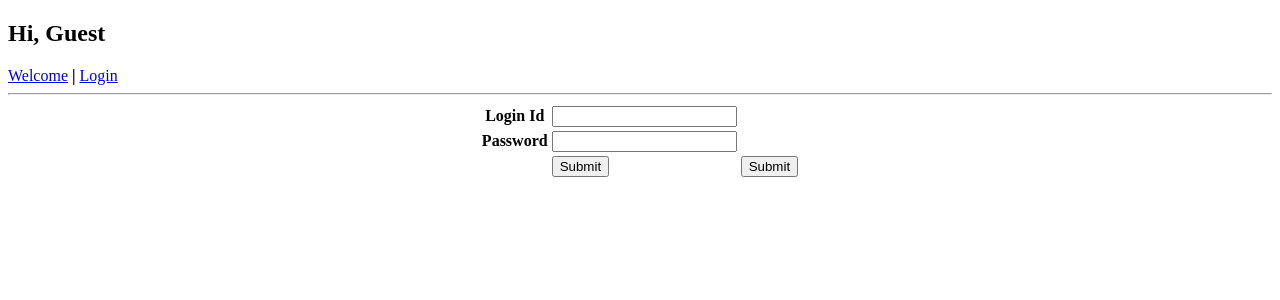
Repository: Ajay12Ajay/Advance_Java
Page: http://localhost/Advance_Web_Project/LoginView.jsp
The author's editor kept a copy of each file at every save. The page is drawn from the files as they stood at one save, then again after the next save.
The browser window is 1280 px wide. The pictures show the whole page.
The page is served by Tomcat 9. Other server files are loaded and not shown.

Above is the page before, as saved 2025-07-24 10:08:07.

### Advance_Java/Advance_Web_Project/WebContent/LoginView.jsp
<%@ page language="java" contentType="text/html; charset=UTF-8"
	pageEncoding="UTF-8"%>
<!DOCTYPE html>
<html>
<head>
<meta charset="UTF-8">
<title>Insert title here</title>
</head>
<body>
	<%@ include file="Header.jsp"%>
	<hr>
	<div align="center">
		<table>
			<tr>
				<th>Login Id</th>
				<td><input type="text" name="loginId"></td>
			</tr>
			<tr>
				<th>Password</th>
				<td><input type="text" name="password"></td>
			</tr>
			<tr>
				<th></th>
				<td><input type="submit" name="signIn"></td>
				<td><input type="submit" name="signUp"></td>
			</tr>
		</table>
	</div>

</body>
</html>

### Advance_Java/Advance_Web_Project/WebContent/Header.jsp
<%@ page language="java" contentType="text/html; charset=UTF-8"
	pageEncoding="UTF-8"%>
<!DOCTYPE html>
<html>
<head>
<meta charset="UTF-8">
<title>Insert title here</title>
</head>
<body>

	<div>
		<h2>Hi, Guest</h2>
		<a href="LoginView.jsp">Welcome</a>
		<b>|</b>
		<a href="LoginView.jsp">Login</a>
	</div>

</body>
</html>

After the next save:
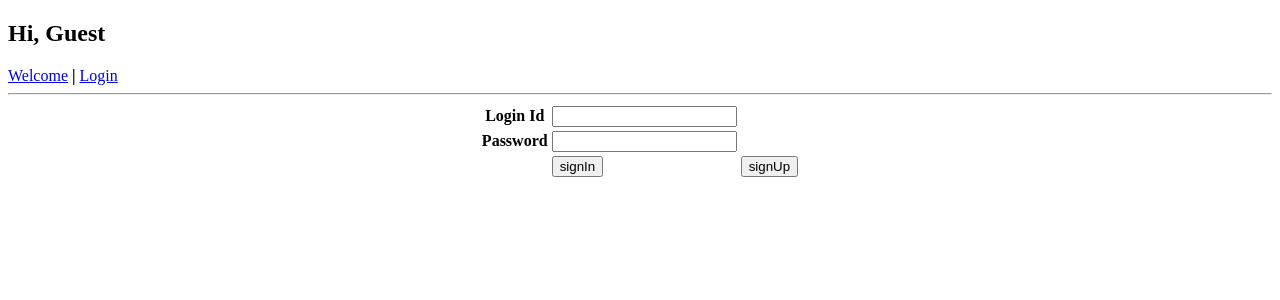
Saved 2 min 1 s later.
--- a/Advance_Java/Advance_Web_Project/WebContent/LoginView.jsp
+++ b/Advance_Java/Advance_Web_Project/WebContent/LoginView.jsp
@@ -21,8 +21,8 @@
 			</tr>
 			<tr>
 				<th></th>
-				<td><input type="submit" name="signIn"></td>
-				<td><input type="submit" name="signUp"></td>
+				<td><input type="submit" value="signIn" name="operation"></td>
+				<td><input type="submit" value="signUp" name="operation"></td>
 			</tr>
 		</table>
 	</div>
